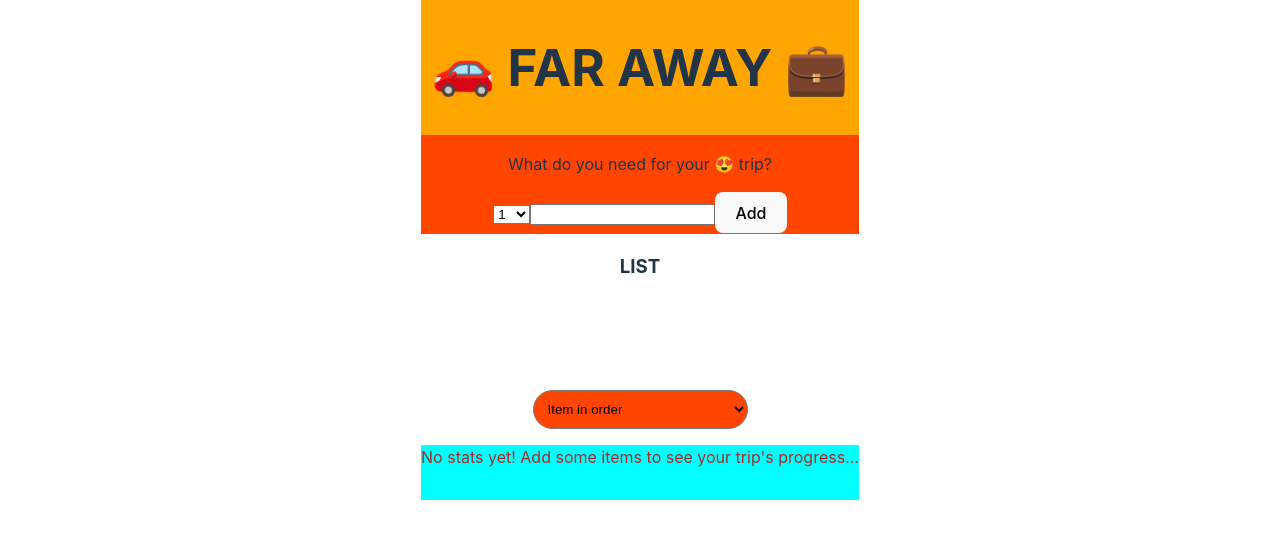
Repository: Celebration-cloud/Trip-Add-To-List
Page: /
An editor plug-in stored every save of this project. The page is shown before and after the next save, followed by the edit.
The browser window is 1280 px wide. The pictures show the whole page.
The project was rebuilt for these pictures with package versions that can differ from the ones it lists, and the page was loaded fresh each time. Also part of the build but not shown: vite.config.js.

Above is the page before, as saved 2023-10-29 16:10:14.

### src/App.jsx
import './App.css'
import TripList from './Trip-List/TripList'

function App() {

  return (
    <>
    <TripList/>
    </>
  )
}

export default App

### src/App.css
#root {
  margin: 0;
  padding: 0;
  text-align: center;
}

.logo {
  height: 6em;
  padding: 1.5em;
  will-change: filter;
  transition: filter 300ms;
}
.logo:hover {
  filter: drop-shadow(0 0 2em #646cffaa);
}
.logo.react:hover {
  filter: drop-shadow(0 0 2em #61dafbaa);
}

@keyframes logo-spin {
  from {
    transform: rotate(0deg);
  }
  to {
    transform: rotate(360deg);
  }
}

@media (prefers-reduced-motion: no-preference) {
  a:nth-of-type(2) .logo {
    animation: logo-spin infinite 20s linear;
  }
}

.card {
  padding: 2em;
}

.read-the-docs {
  color: #888;
}

### src/Trip-List/TripList.jsx
/* eslint-disable react/no-unescaped-entities */
/* eslint-disable react/prop-types */
import { useState } from "react";

function TripList() {
  const [addItem, setAddItem] = useState([]);

  const handleAddItem = (item) => {
    setAddItem((items) => [...items, item]);
  };
  const handleRemoveItem = (id) =>{
    setAddItem(items => items.filter(p => p.id !== id))
  }
  const handleChecked = (id) => {
    setAddItem(items => items.map(item => item.id === id ? {...item, packed: !item.packed} : item));
  };
  return (
    <div>
      <TripHead/>
      <TripForm handleAddItem={handleAddItem}/>
      <TripListForm addItem={addItem} remove={handleRemoveItem} check={handleChecked}/>
      <TripStats stats={addItem}/>
    </div>
  )
}

export default TripList

function TripHead() {
  return (
    <div style={{backgroundColor: "orange", padding: "5px"}}>
      <h1 style={{fontFamily: "inherit"}}>🚗 FAR AWAY 💼</h1>
    </div>
  )
}

function TripForm({handleAddItem}) {
  const [item, setItem] = useState({description: "", quantity: 1})

  const handleSubmit = (e) =>{
    e.preventDefault();
    if (!item.description) return;

    const newItem = {
      des: item.description,
      amount: item.quantity,
      packed: false,
      id: Date.now(),
    };

    handleAddItem(newItem);
    setItem({ description: "", quantity: 1 });
  }
  const handleInput = (e) =>{
    setItem(prev => ({...prev, description: e.target.value}))
  }
  const handleOption = (e) =>{
    setItem(prevState => ({...prevState,quantity: Number(e.target.value)}))
  }
  return (
    <div style={{ backgroundColor: "orangered", padding: "1px" }}>
      <form onSubmit={handleSubmit}>
        <span>
          <p>What do you need for your 😍 trip?</p>
          <select onChange={handleOption} value={item.quantity}>
            {Array.from({ length: 10 }, (_, i) => i + 1).map((num) => (
              <option value={num} key={num}>
                {num}
              </option>
            ))}
          </select>
          <input onChange={handleInput} value={item.description}></input>
          <button type="submit">Add</button>
        </span>
      </form>
    </div>
  );
}

function TripListForm({addItem, remove, check}) {
  const [sort, setSort] = useState("input")
  const sortingBy = (e) => {
    setSort(e.target.value);
  };
  let sorting;
  if (sort === "input") sorting = addItem;
  if (sort === "checked")
    sorting = addItem.slice().sort((a, b) => a.des.localeCompare(b.des));
  if (sort === "order")
    sorting = addItem
      .slice()
      .sort((a, b) => Number(a.packed) - Number(b.packed));

  return (
    <>
      <h3>LIST</h3>
      <ul style={{ listStyleType: "none" }}>
        <li>
          {sorting?.map((item) => (
            <>
              <input
                type="checkbox"
                value={item.packed}
                onChange={() => check(item.id)}
              />
              <span
                key={item.id}
                style={item.packed ? { textDecoration: "line-through" } : {}}
              >
                {item.amount}-{item.des}
              </span>
              <button onClick={() => remove(item.id)}>
                🚩
              </button>
            </>
          ))}
        </li>
      </ul>
      <div>
        <select onChange={sortingBy} value={sort} style={{padding: "10px 100px 10px 10px", marginTop: "90px", backgroundColor: "orangered", borderRadius: "20px"}}>
          <option value="input" style={{marginRight: "5px", backgroundColor: "brown" }}>Item in order</option>
          <option value="checked" style={{marginRight: "5px"}}>Checked Item</option>
          <option value="order" style={{marginRight: "5px"}}>Split Item</option>
        </select>
      </div>
    </>
  );
}

function TripStats({stats}) {
  if(!stats.length)
  return (
    <footer
      style={{
        backgroundColor: "aqua",
        color: "brown",
        bottom: "0%",
        height: "55px",
        width: "100%",
      }}
    >
      <p>No stats yet! Add some items to see your trip's progress...</p>
    </footer>
  );
  const total = stats.length
  const packed= stats.filter(items => items.packed).length
  const percent = Math.round((packed / total) * 100)
  return (
    <>
      {percent === 100 ? (
        <footer
          style={{
            backgroundColor: "aqua",
            color: "brown",
            bottom: "0%",
            height: "55px",
            width: "100%",
          }}
        >
          <p>You have Completed the List✈</p>
        </footer>
      ) : (
        <footer
          style={{
            backgroundColor: "aqua",
            color: "brown",
            bottom: "0%",
            height: "30px",
            width: "100%",
          }}
        >
          <p>
            You have {total} items on your list, and already packed {packed} (
            {percent}%)
          </p>
        </footer>
      )}
    </>
  );
}

Loaded but not shown: index.html (common file); src/main.jsx (common file); src/index.css (common file)

After the next save:
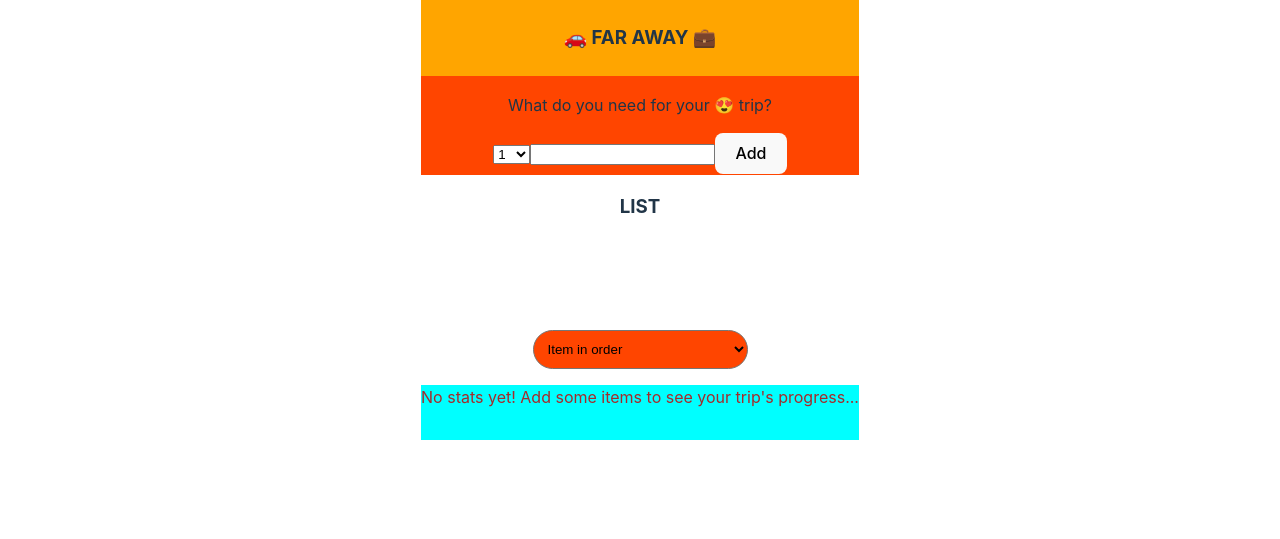
Saved 32 s later.
--- a/src/Trip-List/TripList.jsx
+++ b/src/Trip-List/TripList.jsx
@@ -29,7 +29,7 @@ export default TripList
 function TripHead() {
   return (
     <div style={{backgroundColor: "orange", padding: "5px"}}>
-      <h1 style={{fontFamily: "inherit"}}>🚗 FAR AWAY 💼</h1>
+      <h3 style={{fontFamily: "inherit"}}>🚗 FAR AWAY 💼</h3>
     </div>
   )
 }
